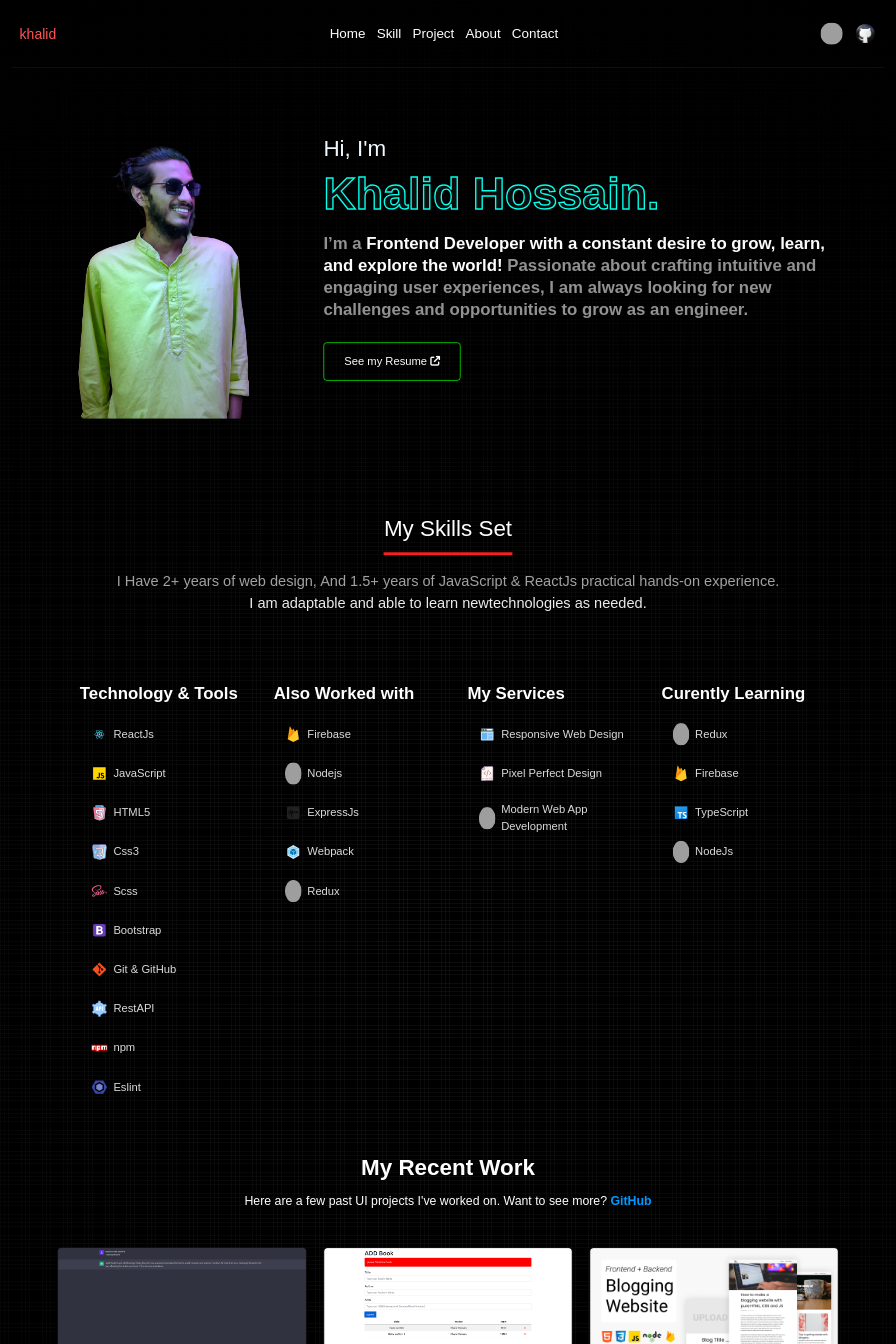
Repository: badhon252/my-portfolio
Page: /
These files come from the project's save history. The page is drawn as it stood at one moment and after the next save; the edit follows.
The browser window is 1280 px wide. The pictures show the part of the page from y = 0 to 1920 px (the page is 2695 px tall before and 2634 px after), at 70% of full size.
Pictures or frames that could not be fetched are drawn as grey boxes. The project was rebuilt for these pictures with package versions that can differ from the ones it lists, and the page was loaded fresh each time. Also part of the build but not shown: src/Components/Home/Header/HeaderContent/HeaderContent.css, src/Components/Home/Header/Navbar/Navs/GitHub/Github.module.css, src/Components/Home/Header/Navbar/Navs/LinkedIn/LinkedIn.module.css.

Above is the page before, as saved 2023-01-24 15:48:27.

### public/index.html
<!DOCTYPE html>
<html lang="en">

<head>
    <meta charset="utf-8" />
    <link rel="icon" href="%PUBLIC_URL%/favicon.ico" />
    <meta name="viewport" content="width=device-width, initial-scale=1" />
    <meta name="theme-color" content="#000000" />
    <meta name="description" content="Web site created using create-react-app, Portfolio" />
    <link rel="apple-touch-icon" href="%PUBLIC_URL%/logo192.png" />
    <link rel="stylesheet" href="https://cdnjs.cloudflare.com/ajax/libs/font-awesome/6.2.1/css/all.min.css">
    <link rel="manifest" href="%PUBLIC_URL%/manifest.json" />
    <!--  Bootstap== -->
    <link rel="stylesheet" href="https://cdn.jsdelivr.net/npm/bootstrap@5.3.0-alpha1/dist/css/bootstrap.min.css">


    <title>Khalid Hossain | Portfolio Website</title>
</head>

<body>
    <div id="root"></div>

    <script src="https://cdn.jsdelivr.net/npm/bootstrap@5.3.0-alpha1/dist/js/bootstrap.bundle.min.js"></script>
    <!-- <script src="https://platform.linkedin.com/badges/js/profile.js" async defer type="text/javascript"></script> -->

</body>

</html>

### src/index.css
body {
    margin: 0;
    font-family: -apple-system, BlinkMacSystemFont, 'Segoe UI', 'Roboto', 'Oxygen', 'Ubuntu', 'Cantarell', 'Fira Sans', 'Droid Sans', 'Helvetica Neue', sans-serif;
    -webkit-font-smoothing: antialiased;
    -moz-osx-font-smoothing: grayscale;
    background-color: #000000;
    background-image: radial-gradient(circle at center center, transparent 0%, rgb(0, 0, 0) 99%), repeating-linear-gradient(0deg, rgba(163, 163, 163, 0.07) 0px, rgba(163, 163, 163, 0.07) 1px, transparent 1px, transparent 6px), repeating-linear-gradient(90deg, rgba(163, 163, 163, 0.07) 0px, rgba(163, 163, 163, 0.07) 1px, transparent 1px, transparent 6px), linear-gradient(90deg, rgb(0, 0, 0), rgb(0, 0, 0));
    color: #ffffff;
}

* {
    margin: 0;
    padding: 0;
    box-sizing: border-box;
    font-family: 'Poppins', sans-serif;
}

### src/Components/Home/Home.jsx
import AboutMe from "./AboutMe/AboutMe";
import Footer from "./Footer/Footer";
import Header from "./Header/Header";
import Projects from "./Project/Projects";
import Skill from "./Skill/Skill";


export default function Home() {
  return (
    <div>
        <Header />
        <Skill/>
        <Projects/>
        <AboutMe/>
        <Footer/>

    </div>
  )
}

### src/Components/Home/AboutMe/AboutMe.jsx
import React from 'react';

const AboutMe = () => {
    return (
        <div>
            <h1>AboutMe</h1>
        </div>
    );
}

export default AboutMe;

### src/Components/Home/Footer/Footer.jsx
import React from 'react'
import Contact from './Contact/Contact'

export default function Footer() {
  return (
    <div>
        <Contact/>
    </div>
  )
}

### src/Components/Home/Header/Header.jsx
import React from 'react'
import HeaderContent from './HeaderContent/HeaderContent'
import Navbar from './Navbar/Navbar'
import Classes from './Header.module.css'

export default function Header() {
  return (
    <div className={Classes.header}>
      <Navbar/>
      <HeaderContent/>
    </div>
  )
}

### src/Components/Home/Skill/Skill.jsx
import "./Skill.css"
import SkillSet from "./SkillSet";
const SkillEfficiency = () => {
    return (
       <div id="skill" className="container">
                <h2 className="skillSet__title"> <span>My Skills Set</span> </h2>
                <div className="skillSet__title__line">

                    <div className="skillSet__title__line__inner">
                        I Have 2+ years of web design, And 1.5+ years of JavaScript & ReactJs practical hands-on experience. <br />
                        <span> I am adaptable and able to learn newtechnologies as needed.</span>
                    </div>
                </div>
                  <SkillSet/>
       </div>
    );
}

export default SkillEfficiency;

### src/Components/Home/Header/HeaderContent/HeaderContent.jsx
import Badhon from "../../../../Assests/Images/badhon-color.png";
import HeroSection from './HeroSection'
// import Classes from "./Header.module.css";

export default function HeaderContent() {
  return (
      <div className="container">
        <div className="row my-5" >
            <div className="col-md-4">
              <img src={Badhon} alt="Badhon" className="img-fluid w-100 px-2" />
            </div>
            <div className="col-md-8 py-5">
              <HeroSection />
            </div>
        </div>
      </div>
  )
}

### src/Components/Home/Header/Navbar/Navbar.jsx
import "./Navs/Navs.css"
import "./Navbar.css"
import Nav from './Navs/Nav/Nav'
// import NavbarBrand from './NavbarBrand/NavbarBrand'
// import LinkedIn from './Navs/LinkedIn/LinkedIn'
// import GitHub from './Navs/GitHub/Github'

export default function Navbar() {
  return (
    <div className='navBar borderBottom'>
            <Nav/>
         {/* <div className='navBar'>
            <LinkedIn/>
            <GitHub/>
         </div> */}
    </div>
  )
}

### src/Components/Home/Header/Header.module.css
.header {
    min-height: 100vh;
    color: aliceblue;
    padding: 0 1rem;
}

### src/Components/Home/Project/ProjectCard.jsx
import CardImgLink from "./Card_img__link"
import "./Projects.css"

export default function ProjectCard(props) {

  function stacks(){
    return props.stack.map((item, index) => {
      return <span className="stack" key={index}>#{item}</span>
    })
  }

  return (
    <div className="card my-1" id="card">
          <div className="card-img">
            <a href={props.preview}>
              <img src={props.img} className="card-img-top img-fluid" alt={props.title}/>
            </a>

          </div>
        <div className="card-body">
          <div className="stacks">
              <CardImgLink preview={props.preview} link={props.link}/>
             {stacks()}
          </div>

            <h5 className="card-title my-2">{props.title}</h5>
            <span className="card-text">{props.text}</span>

        </div>
    </div>
  )
}

### src/Components/Home/Project/Projects.css
#card {
    background-color: #2c2d2c;
    /* width: 18rem */
    overflow: hidden;
    color: aliceblue;
    position: relative;
    text-align: center;
}

.card-img {
    overflow: hidden;
}

.img-fluid {
    border-radius: 0%;
    width: 100%;
    height: 100%;
    object-fit: cover;
    object-position: center;
    transition: 0.5s;
}

.card-img-top:hover {
    border-radius: 0;
    transform: scale(1.2);
}


/* Path: src/Components/Home/Project/Projects.css */

.project__title {
    color: rgb(255, 255, 255);
    text-align: center;
}

.project__title h2 {
    font-size: 2rem;
    font-weight: 700;
    margin-bottom: 1rem;
}

.project__title__line {
    font-weight: 500;
    font-size: 1.1rem;
}

.project__title__line a {
    color: #0099ff;
    text-decoration: none;
    font-weight: 600;
}

.project__title__line a:hover {
    color: #1da5ff;
    text-decoration: underline;
    font-weight: 600;
}

.card_img__link {
    border-radius: 5px;
    display: flex;
    align-items: center;
    justify-content: flex-end;
    position: absolute;
    right: 0;
    top: -40px;
    background-color: rgba(0, 0, 0, 0.507);
    transition: 0.5s;
}

.card_img__link a {
    color: #dbdbdb;
    text-decoration: none;
    font-weight: 700;
    margin: 0 .5rem;
}

.card_img__link a:hover {
    color: #eae8ff;
    text-decoration: none;
    font-weight: 700;
}


/* .card_img__link i {
    width: 35px;
    position: absolute;
    height: auto;
    z-index: 1;
    top: 0;
} */


/* .githubIcon {
    right: 5px;
}

.redirect {
    max-width: 40px;
    margin-top: 6px;
    color: #0099ff;
} */

.card-body {
    z-index: 111;
}

.card-body h5 {
    font-size: 1.2rem;
    font-weight: 600;
    margin: 0;
}

.card-body .stacks {
    margin: 0;
    transform: translatey(-10px);
}

.card-body .stack {
    display: inline;
    font-size: .8rem;
    font-weight: 600;
    color: #dddddd;
    background-color: rgb(73, 73, 73);
    margin: .1rem;
    border-radius: 5px;
    text-align: left;
}

### src/Components/Home/Skill/Skill.css
/* .skills {
    margin: 4rem 0 2rem 0;
    display: flex;
    justify-content: space-around;
    flex-wrap: wrap;
    gap: 2rem;
    height: 80vh;
    overflow: hidden;
} */

.skillSet__title__text {
    font-size: 1.5rem;
    font-weight: 600;
    margin-bottom: 1rem;
}

.skillSet li {
    list-style-type: none;
    margin: 0.5rem 1rem;
    color: #ffffffda;
    transition: .4s;
    display: flex;
    align-items: center;
    padding: .5rem 0;
}

.skillSet li img {
    width: 1.5rem;
    margin-right: 0.5rem;
}

.skillSet li:hover {
    color: #ffffff;
    scale: 1.4;
}

.skillSet__title {
    text-align: center;
    font-size: 2rem;
    padding: 1rem 0;
}

.skillSet__title span {
    padding: 1rem 0;
    border-bottom: 4px solid rgb(255, 28, 28);
}

.skillSet__title__line {
    font-size: 1.3rem;
    font-weight: 600;
    color: rgba(255, 255, 255, 0.63);
    text-align: center;
    margin: 1rem 0;
}

.skillSet__title__line__inner {
    margin: 24px 0 80px 0;
    font-size: 1.3rem;
    font-weight: 500;
    line-height: 1.5;
}

.skillSet__title__line__inner span {
    color: #ffffffec;
}

.skillSet {
    margin: 1rem 0;
}


/* Generated code  */


/* .wave-container {
    height: 40vh;
    background-color: #000000;
    position: relative;
}

.wave-container::before {
    content: "";
    width: 100%;
    height: 135px;
    position: absolute;
    bottom: -0.3%;
    left: 0;
    background-size: auto;
    background-repeat: repeat no-repeat;
    background-position: 54vw bottom;
    background-image: url("data:[embedded picture, 356 characters]");
}

@media(max-width:850px) {
    .wave-container::before {
        height: 67.5px
    }
} */

### src/Components/Home/Skill/SkillSet.jsx
import "./Skill.css"
import reactIcon from "../../../Assests/icons/react.svg"
import jsIcon from "../../../Assests/icons/javascript.svg"
import htmlIcon from "../../../Assests/icons/html-5.svg"
import cssIcon from "../../../Assests/icons/css3.svg"
import scssIcon from "../../../Assests/icons/sass.svg"
import bsIcon from "../../../Assests/icons/bootstrap.svg"
import gitIcon from "../../../Assests/icons/git.svg"
import apiIcon from "../../../Assests/icons/rest-api.svg"
import npmIcon from "../../../Assests/icons/npmV1.svg"
import eslintIcon from "../../../Assests/icons/eslint.svg"
import firebaseIcon from "../../../Assests/icons/firebase.svg"
import nodejsIcon from "../../../Assests/icons/node-js.svg"
import expressjsIcon from "../../../Assests/icons/express.svg"
import webpackIcon from "../../../Assests/icons/webpack.svg"
import reduxIcon from "../../../Assests/icons/redux.svg"
import typescriptIcon from "../../../Assests/icons/typescript.svg"
import webIcon from "../../../Assests/icons/web-design.svg"
import codeFileIcon from "../../../Assests/icons/code-file.svg"
import codeIcon from "../../../Assests/icons/code.svg"

export default function SkillSet() {
  return (
      <ul className="skills row">
                     <div className="skillSet col-md-3">
                        <div className="skillSet__title__text">Technology & Tools</div>
                            <li> <img src={reactIcon} alt="icon"/> ReactJs</li>
                            <li><img src={jsIcon} alt="icon"/>JavaScript</li>
                            <li><img src={htmlIcon} alt="icon"/>HTML5</li>
                            <li><img src={cssIcon} alt="icon"/>Css3</li>
                            <li><img src={scssIcon} alt="icon"/>Scss</li>
                            <li><img src={bsIcon} alt="icon"/>Bootstrap</li>
                            <li><img src={gitIcon} alt="icon"/>Git & GitHub</li>
                            <li><img src={apiIcon} alt="icon"/>RestAPI</li>
                            <li><img src={npmIcon} alt="icon"/>npm</li>
                            <li><img src={eslintIcon} alt="icon"/>Eslint</li>
                    </div>

                    <div className="skillSet col-md-3">
                        <div className="skillSet__title__text">Also Worked with</div>
                            <li><img src={firebaseIcon} alt="icon"/>Firebase</li>
                            <li><img src={nodejsIcon} alt="icon"/>Nodejs</li>
                            <li><img src={expressjsIcon} alt="icon"/>ExpressJs</li>
                            <li><img src={webpackIcon} alt="icon"/>Webpack</li>
                            <li><img src={reduxIcon} alt="icon"/>Redux</li>
                    </div>

                    <div className="skillSet col-md-3">
                         <div className="skillSet__title__text">My Services</div>
                            <li><img src={webIcon} alt="icon"/>Responsive Web Design</li>
                            <li><img src={codeFileIcon} alt="icon"/>Pixel Perfect Design</li>
                            <li><img src={codeIcon} alt="icon"/>Modern Web App Development</li>
                    </div>

                    <div className="skillSet col-md-3">
                        <div className="skillSet__title__text">Curently Learning</div>
                            <li><img src={reduxIcon} alt="icon"/>Redux</li>
                            <li><img src={firebaseIcon} alt="icon"/>Firebase</li>
                            <li><img src={typescriptIcon} alt="icon"/>TypeScript</li>
                            <li><img src={nodejsIcon} alt="icon"/>NodeJs</li>
                    </div>

                    </ul>

  )
}

### src/Components/Home/Header/HeaderContent/HeroSection.jsx
import Classes from "./Header.module.css";
import "./HeaderContent.css"

export default function HeroSection() {
  return (
    <div className="heroSection">
          <h2 className="h2">Hi, I'm</h2>
          <h1 className="h1-name">Khalid Hossain.</h1>
          <p>
            I’m a <span>Frontend Developer with a constant desire to grow, learn, and explore the world!</span> Passionate about crafting intuitive and engaging user experiences,
            I am always looking for new challenges and opportunities to grow as an engineer.
          </p>

          <a className={Classes.resume} href="https://drive.google.com/file/d/1dNWfd7X8CYs_9THDZo58HHKVKzD8WfeY/view?usp=share_link" target="_blank" rel="noreferrer">
              See my Resume <i className="fa-solid fa-arrow-up-right-from-square"></i>
          </a>

    </div>
  );
}

### src/Components/Home/Header/Navbar/Navs/Navs.css
.flexRow {
    display: flex;
    justify-content: space-between;
    align-items: center;
    flex-wrap: wrap;
    gap: 2rem;
}

.me_1 {
    margin-right: 1rem;
}

img {
    width: 2rem;
    height: 2rem;
    border-radius: 50%;
}

.navbar-brand {
    color: #ff5656;
}

### src/Components/Home/Header/Navbar/Navbar.css
.boxShadow {
    -webkit-box-shadow: 0px 22px 40px -37px rgba(255, 255, 255, 1);
    -moz-box-shadow: 0px 22px 40px -37px rgba(255, 255, 255, 1);
    box-shadow: 0px 22px 40px -37px rgba(255, 255, 255, 1);
}

.borderBottom {
    border-bottom: 1px solid #f6f6f612;
}

### src/Components/Home/Header/Navbar/Navs/Nav/Nav.jsx
import GitHub from "../GitHub/Github"
import LinkedIn from "../LinkedIn/LinkedIn"
import "./../Navs.css"
import "./Nav.css"
export default function Nav() {
  return (
    <nav class="navbar navbar-expand-lg">
      <div class="container-fluid">
        <a class="navbar-brand" href="#home">khalid</a>
        <button class="navbar-toggler" type="button" data-bs-toggle="collapse" data-bs-target="#navbarNav" aria-controls="navbarNav" aria-expanded="false" aria-label="Toggle navigation">
          <span class="navbar-toggler-icon"></span>
        </button>
        <div class="collapse navbar-collapse" id="navbarNav">
          <ul class="navbar-nav mx-auto">
            <li class="nav-item">
              <a class="nav-link" aria-current="page" href="#home">Home</a>
            </li>
            <li class="nav-item">
              <a class="nav-link" href="#skill">Skill</a>
            </li>
            <li class="nav-item">
              <a class="nav-link" href="#projects">Project</a>
            </li>
            <li className="nav-item">
                <a className="nav-link" href="#aboutMe">About</a>
            </li>
            <li className="nav-item">
                <a className="nav-link" href="#contact">Contact</a>
            </li>
          </ul>
          <div className="d-flex">
          <LinkedIn/>
          <GitHub/>
          </div>
        </div>
      </div>
    </nav>
  )
}

### src/Components/Home/Project/Card_img__link.jsx
// import githubIcon from "../../../Assests/icons/github.png"
// import redirect from "../../../Assests/icons/redirect.svg"
import "./Projects.css"
export default function Card_img__link(props) {

  return (
     <div className="card_img__link">
              <a href={props.link} target="_blank" rel="noreferrer" >
               <i class="fa-brands fa-github-alt"></i>
              </a>
              <a href={props.preview} target="_blank" rel="noreferrer" >
                  <i class="fa-solid fa-arrow-up-right-from-square redirect"></i>
              </a>

    </div>
  )
}

### src/Components/Home/Header/HeaderContent/Header.module.css
.heroImage {
    min-width: 300px;
    max-width: 500px;
    width: 100%;
    height: auto;
    box-sizing: border-box;
    overflow: hidden;
    border-radius: 30% 70% 64% 36% / 44% 42% 58% 56%;
}

h1 {
    font-size: 4em;
    font-weight: 700;
    margin-bottom: 1rem;
    -webkit-text-fill-color: rgb(14, 13, 13);
    /* Will override color (regardless of order) */
    -webkit-text-stroke-width: 2px;
    -webkit-text-stroke-color: rgb(4, 255, 234);
}

.h2 {
    font-size: 2rem;
    font-family: 'Titillium Web', sans-serif;
    margin: 0;
    line-height: 1;
    transform: rotate(45px);
    transform: rotateX('angle');
    color: #0be9f4;
    text-shadow: 0 0 12px #24fbdd;
}

p {
    font-size: 1.5em;
    font-weight: 600;
    margin-bottom: 1rem;
    color: rgba(255, 255, 255, 0.568);
    line-height: 1.3;
}

p span {
    color: #fcfcfc;
}

.resume {
    padding: .9rem 1.8rem;
    border: 1px solid #09ff01;
    font-size: 1rem;
    font-weight: 500;
    margin-top: 1rem;
    outline: none;
    border-radius: 5px;
    background: none;
    color: #fcfcfc;
    transition: .5s;
    cursor: pointer;
    text-decoration: none;
    display: inline-block;
}

.resume:hover {
    color: rgb(7, 7, 7);
    background-color: rgb(0, 255, 21);
}

.resume:active {
    transform: scale(0.95);
}

### src/Components/Home/Header/Navbar/Navs/GitHub/Github.jsx
import Classes from "./Github.module.css"
import github from "../../../../../../Assests/icons/github.png";
import "../Navs.css"

export default function GitHub() {
  return (
    <div className={Classes.faBrands}>
      <a href="https://github.com/badhon252" target="_blank" rel="noreferrer">
        <img className="fa-github" src={github} alt="github" />
        </a>
    </div>
  )
}

### src/Components/Home/Header/Navbar/Navs/LinkedIn/LinkedIn.jsx
import "./LinkedIn.module.css"
import linkedin from "../../../../../../Assests/icons/linkedin.svg";

export default function LinkedIn() {
  return (
    <div className='me_1' >
      <a href="https://www.linkedin.com/in/khalidhossainbadhon/" target="_blank" rel="noreferrer">
      <img src={linkedin} alt="" />
      </a>
    </div>
  )
}

### src/Components/Home/Header/Navbar/Navs/Nav/Nav.css
.navBar {
    padding: 1.1rem 0;
    flex-wrap: wrap;
}

.navbar-nav {
    list-style-type: none;
    display: flex;
    justify-content: space-between;
}

.navbar-nav li a {
    text-decoration: none;
    color: rgb(255, 255, 255);
    font-size: 1.2rem;
    font-weight: 500;
    transition: all 0.3s ease-in-out;
}

.navbar-nav li a:hover {
    color: #49ff12;
}

.navbar-nav li a.active {
    color: #bb0707;
}

.navbar-nav li a.active:hover {
    color: #f1f1f1;
}

.navbar-nav li a.active::after {
    content: "";
    display: block;
    width: 100%;
    height: 2px;
    background: #f1f1f1;
    margin-top: 5px;
}

.navbar-nav li a.active:hover::after {
    background: #f1f1f1;
}

.fa-brands,
.fab {
    font-weight: 400;
    font-size: 1.5rem;
    color: #fff;
}

Loaded but not shown: src/index.js (common file); src/reportWebVitals.js (common file); src/Components/Home/Footer/Contact/Contact.jsx (common file); src/App.js (11 lines, source omitted); src/Components/Home/Project/Projects.jsx (84 lines, source omitted)

After the next save:
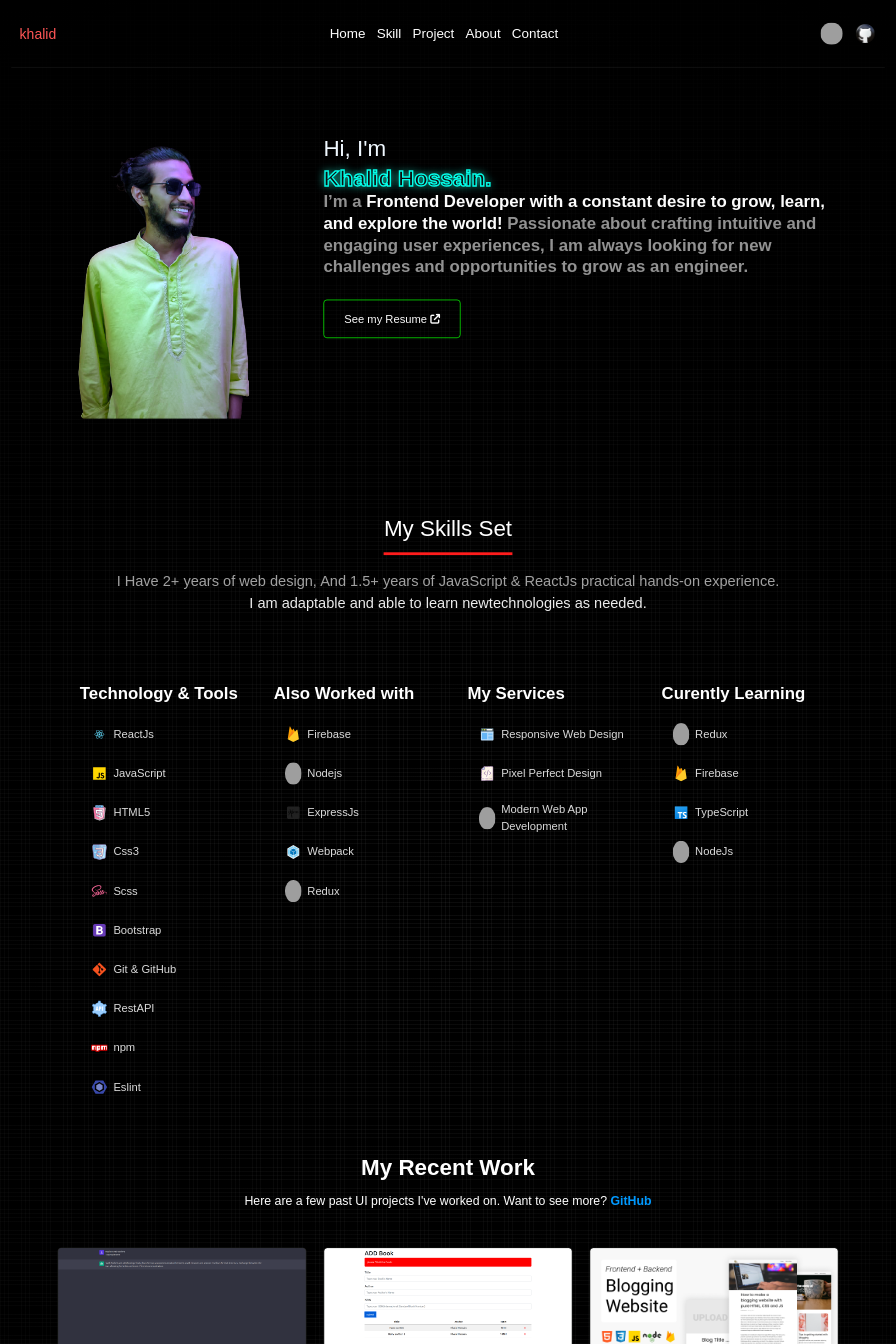
Saved 10 s later.
--- a/src/Components/Home/Header/HeaderContent/Header.module.css
+++ b/src/Components/Home/Header/HeaderContent/Header.module.css
@@ -18,7 +18,7 @@ h1 {
     -webkit-text-stroke-color: rgb(4, 255, 234);
 }
 
-.h2 {
+h1 {
     font-size: 2rem;
     font-family: 'Titillium Web', sans-serif;
     margin: 0;
